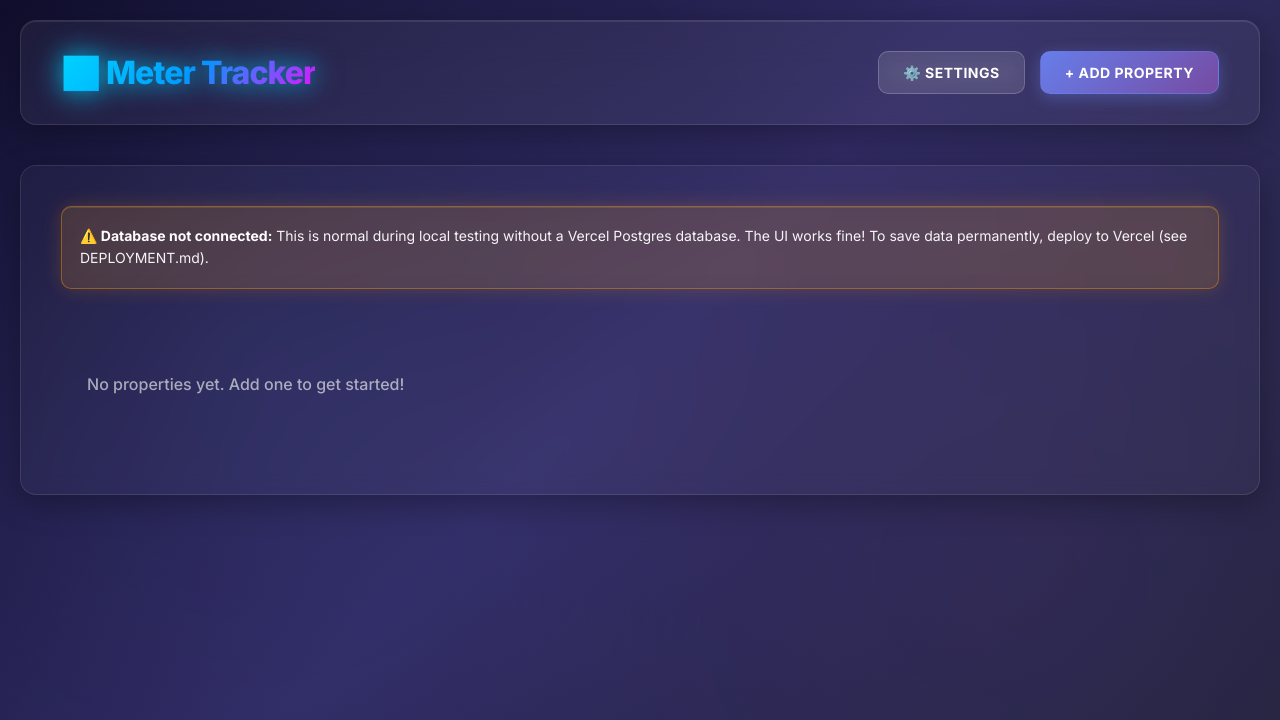
Repository: roshanreddy118/AI-Meter-Management
Page: /
An editor plug-in stored every save of this project. The page is shown before and after the next save, followed by the edit.
The browser window is 1280 px wide. The pictures show the whole page.
The page's requests for data from a server got no answer. The project was rebuilt for these pictures with package versions that can differ from the ones it lists, and the page was loaded fresh each time. The framework's server and built-in components were replaced by stand-ins that run in the browser. No one was signed in, and anything a server would have sent is missing. Also part of the build but not shown: next.config.js.

Above is the page before, as saved 2026-06-10 18:44:19.

### app/layout.js
import './globals.css';

export const metadata = {
  title: 'Meter Tracker',
  description: 'Track meter readings and bills for your rental properties',
};

export default function RootLayout({ children }) {
  return (
    <html lang="en">
      <body>{children}</body>
    </html>
  );
}

### app/globals.css
@import url('https://fonts.googleapis.com/css2?family=Inter:wght@300;400;500;600;700;800&display=swap');

@keyframes glow {
  0%, 100% {
    box-shadow: 0 0 20px rgba(102, 126, 234, 0.5), 0 0 40px rgba(102, 126, 234, 0.3), inset 0 0 20px rgba(255, 255, 255, 0.1);
  }
  50% {
    box-shadow: 0 0 30px rgba(102, 126, 234, 0.8), 0 0 60px rgba(102, 126, 234, 0.5), inset 0 0 20px rgba(255, 255, 255, 0.15);
  }
}

@keyframes float {
  0%, 100% {
    transform: translateY(0px);
  }
  50% {
    transform: translateY(-10px);
  }
}

@keyframes slideIn {
  from {
    opacity: 0;
    transform: translateY(20px);
  }
  to {
    opacity: 1;
    transform: translateY(0);
  }
}

@keyframes fadeIn {
  from {
    opacity: 0;
  }
  to {
    opacity: 1;
  }
}

* {
  margin: 0;
  padding: 0;
  box-sizing: border-box;
}

body {
  font-family: 'Inter', -apple-system, BlinkMacSystemFont, 'Segoe UI', sans-serif;
  -webkit-font-smoothing: antialiased;
  -moz-osx-font-smoothing: grayscale;
  background: linear-gradient(135deg, #0f0c29 0%, #302b63 50%, #24243e 100%);
  min-height: 100vh;
  padding: 20px;
  color: #fff;
  position: relative;
}

body::before {
  content: '';
  position: fixed;
  top: 0;
  left: 0;
  width: 100%;
  height: 100%;
  background:
    radial-gradient(circle at 20% 50%, rgba(102, 126, 234, 0.1) 0%, transparent 50%),
    radial-gradient(circle at 80% 80%, rgba(118, 75, 162, 0.1) 0%, transparent 50%);
  pointer-events: none;
  z-index: 0;
}

.container {
  max-width: 1400px;
  margin: 0 auto;
  position: relative;
  z-index: 1;
}

header {
  display: flex;
  justify-content: space-between;
  align-items: center;
  margin-bottom: 40px;
  background: rgba(255, 255, 255, 0.05);
  backdrop-filter: blur(20px);
  padding: 30px 40px;
  border-radius: 16px;
  border: 1px solid rgba(255, 255, 255, 0.1);
  box-shadow: 0 8px 32px rgba(0, 0, 0, 0.3), inset 0 1px 1px rgba(255, 255, 255, 0.1);
  animation: slideIn 0.6s ease-out;
}

header h1 {
  font-size: 32px;
  font-weight: 800;
  background: linear-gradient(135deg, #00d4ff 0%, #0099ff 50%, #ff00ff 100%);
  -webkit-background-clip: text;
  -webkit-text-fill-color: transparent;
  background-clip: text;
  letter-spacing: -1px;
  text-shadow: 0 0 30px rgba(0, 212, 255, 0.5);
  filter: drop-shadow(0 0 10px rgba(0, 212, 255, 0.4));
}

.header-actions {
  display: flex;
  gap: 15px;
}

main {
  background: rgba(255, 255, 255, 0.03);
  backdrop-filter: blur(10px);
  padding: 40px;
  border-radius: 16px;
  border: 1px solid rgba(255, 255, 255, 0.1);
  box-shadow: 0 8px 32px rgba(0, 0, 0, 0.3);
  animation: slideIn 0.6s ease-out 0.1s both;
}

.properties-grid {
  display: grid;
  grid-template-columns: repeat(auto-fill, minmax(320px, 1fr));
  gap: 25px;
}

.property-card {
  background: linear-gradient(135deg, rgba(102, 126, 234, 0.2) 0%, rgba(118, 75, 162, 0.2) 100%);
  backdrop-filter: blur(20px);
  color: white;
  padding: 28px;
  border-radius: 14px;
  cursor: pointer;
  border: 1px solid rgba(255, 255, 255, 0.15);
  animation: slideIn 0.6s ease-out both, glow 3s ease-in-out infinite;
  transition: all 0.3s cubic-bezier(0.23, 1, 0.320, 1);
  position: relative;
  overflow: hidden;
}

.property-card::before {
  content: '';
  position: absolute;
  top: 0;
  left: -100%;
  width: 100%;
  height: 100%;
  background: linear-gradient(90deg, transparent, rgba(255, 255, 255, 0.1), transparent);
  transition: left 0.5s;
}

.property-card:hover::before {
  left: 100%;
}

.property-card:hover {
  transform: translateY(-8px) scale(1.02);
  box-shadow: 0 20px 40px rgba(102, 126, 234, 0.4), inset 0 1px 0 rgba(255, 255, 255, 0.2);
  border-color: rgba(255, 255, 255, 0.25);
}

.property-card h3 {
  font-size: 22px;
  font-weight: 700;
  margin-bottom: 15px;
  letter-spacing: -0.5px;
}

.property-card p {
  font-size: 14px;
  margin-bottom: 10px;
  opacity: 0.85;
  font-weight: 500;
}

.property-card .status {
  padding: 8px 16px;
  border-radius: 20px;
  font-size: 12px;
  font-weight: 700;
  display: inline-block;
  background: rgba(255, 255, 255, 0.15);
  backdrop-filter: blur(10px);
  border: 1px solid rgba(255, 255, 255, 0.25);
  text-transform: uppercase;
  letter-spacing: 0.5px;
  transition: all 0.3s;
}

.property-card .status:hover {
  background: rgba(255, 255, 255, 0.25);
  box-shadow: 0 0 20px rgba(255, 255, 255, 0.2);
}

.status.paid {
  background: rgba(76, 175, 80, 0.3);
  border-color: rgba(76, 175, 80, 0.5);
  box-shadow: 0 0 15px rgba(76, 175, 80, 0.3);
}

.status.pending {
  background: rgba(255, 152, 0, 0.3);
  border-color: rgba(255, 152, 0, 0.5);
  box-shadow: 0 0 15px rgba(255, 152, 0, 0.3);
}

/* Modal Styles */
.modal {
  display: none;
  position: fixed;
  z-index: 2000;
  left: 0;
  top: 0;
  width: 100%;
  height: 100%;
  background-color: rgba(0, 0, 0, 0.7);
  backdrop-filter: blur(5px);
  animation: fadeIn 0.3s;
}

.modal.show {
  display: flex;
  justify-content: center;
  align-items: center;
}

.modal-content {
  background: rgba(255, 255, 255, 0.08);
  backdrop-filter: blur(20px);
  padding: 40px;
  border-radius: 16px;
  width: 90%;
  max-width: 500px;
  max-height: 90vh;
  overflow-y: auto;
  box-shadow: 0 20px 60px rgba(0, 0, 0, 0.5), inset 0 1px 1px rgba(255, 255, 255, 0.15);
  border: 1px solid rgba(255, 255, 255, 0.15);
  animation: slideIn 0.4s cubic-bezier(0.23, 1, 0.320, 1);
  color: white;
}

.modal-large {
  max-width: 1000px;
  max-height: 85vh;
}

.close {
  color: rgba(255, 255, 255, 0.7);
  float: right;
  font-size: 32px;
  font-weight: 300;
  cursor: pointer;
  line-height: 1;
  transition: all 0.2s;
  margin-top: -10px;
  margin-right: -10px;
  padding: 10px;
}

.close:hover,
.close:focus {
  color: white;
  transform: scale(1.2) rotate(90deg);
}

.modal-content h2 {
  margin-bottom: 25px;
  color: white;
  font-size: 28px;
  font-weight: 700;
  letter-spacing: -1px;
}

.details-header {
  display: flex;
  justify-content: space-between;
  align-items: center;
  margin-bottom: 30px;
  padding-bottom: 20px;
  border-bottom: 1px solid rgba(255, 255, 255, 0.1);
}

.details-header h2 {
  margin-bottom: 0;
}

form {
  display: flex;
  flex-direction: column;
  gap: 18px;
}

form input,
form label {
  padding: 14px 16px;
  border: 1px solid rgba(255, 255, 255, 0.2);
  border-radius: 10px;
  font-size: 15px;
  background: rgba(255, 255, 255, 0.08);
  color: white;
  transition: all 0.3s;
  font-family: 'Inter', sans-serif;
}

form input::placeholder {
  color: rgba(255, 255, 255, 0.6);
}

form input:focus {
  outline: none;
  border-color: rgba(102, 126, 234, 0.8);
  background: rgba(102, 126, 234, 0.15);
  box-shadow: 0 0 20px rgba(102, 126, 234, 0.4), inset 0 0 10px rgba(102, 126, 234, 0.1);
}

form label {
  border: none;
  padding: 0;
  font-weight: 600;
  color: rgba(255, 255, 255, 0.9);
  text-transform: uppercase;
  font-size: 12px;
  letter-spacing: 1px;
}

/* Button Styles */
.btn {
  padding: 12px 24px;
  border: none;
  border-radius: 10px;
  font-size: 14px;
  font-weight: 700;
  cursor: pointer;
  transition: all 0.3s cubic-bezier(0.23, 1, 0.320, 1);
  letter-spacing: 0.5px;
  text-transform: uppercase;
  font-family: 'Inter', sans-serif;
}

.btn-primary {
  background: linear-gradient(135deg, #667eea 0%, #764ba2 100%);
  color: white;
  box-shadow: 0 4px 15px rgba(102, 126, 234, 0.4);
  border: 1px solid rgba(102, 126, 234, 0.5);
}

.btn-primary:hover {
  transform: translateY(-2px);
  box-shadow: 0 8px 30px rgba(102, 126, 234, 0.6), 0 0 20px rgba(102, 126, 234, 0.4);
}

.btn-primary:active {
  transform: translateY(0);
}

.btn-settings {
  background: rgba(255, 255, 255, 0.1);
  color: white;
  border: 1px solid rgba(255, 255, 255, 0.2);
  backdrop-filter: blur(10px);
}

.btn-settings:hover {
  background: rgba(255, 255, 255, 0.15);
  box-shadow: 0 0 20px rgba(255, 255, 255, 0.2);
  transform: translateY(-2px);
}

.btn-danger {
  background: linear-gradient(135deg, #ef5350 0%, #e53935 100%);
  color: white;
  box-shadow: 0 4px 15px rgba(239, 83, 80, 0.4);
  border: 1px solid rgba(239, 83, 80, 0.5);
}

.btn-danger:hover {
  transform: translateY(-2px);
  box-shadow: 0 8px 30px rgba(239, 83, 80, 0.6);
}

.btn-small {
  padding: 8px 16px;
  font-size: 12px;
}

/* Table Styles */
.readings-table {
  width: 100%;
  border-collapse: collapse;
  margin-top: 25px;
  border-spacing: 0;
}

.readings-table thead {
  background: rgba(102, 126, 234, 0.15);
  border-bottom: 2px solid rgba(102, 126, 234, 0.3);
}

.readings-table th,
.readings-table td {
  padding: 16px;
  text-align: left;
  font-size: 14px;
  color: rgba(255, 255, 255, 0.9);
  border-bottom: 1px solid rgba(255, 255, 255, 0.1);
  font-weight: 500;
}

.readings-table th {
  font-weight: 700;
  text-transform: uppercase;
  font-size: 12px;
  letter-spacing: 1px;
  color: rgba(255, 255, 255, 1);
}

.readings-table tbody tr {
  transition: all 0.3s;
}

.readings-table tbody tr:hover {
  background: rgba(102, 126, 234, 0.1);
  border-left: 3px solid rgba(102, 126, 234, 0.6);
}

.readings-table select {
  padding: 6px 10px;
  border-radius: 6px;
  border: 1px solid rgba(255, 255, 255, 0.2);
  background: rgba(102, 126, 234, 0.2);
  color: white;
  cursor: pointer;
  font-weight: 600;
  transition: all 0.2s;
}

.readings-table select:hover {
  border-color: rgba(102, 126, 234, 0.6);
  box-shadow: 0 0 10px rgba(102, 126, 234, 0.3);
}

.readings-table select:focus {
  outline: none;
  border-color: rgba(102, 126, 234, 0.8);
  box-shadow: 0 0 15px rgba(102, 126, 234, 0.4);
}

.text-center {
  text-align: center;
}

.loading {
  text-align: center;
  color: rgba(255, 255, 255, 0.6);
  padding: 60px 20px;
  font-size: 16px;
  font-weight: 500;
}

/* Alert/Warning Box */
.alert-warning {
  background: rgba(255, 152, 0, 0.15);
  border: 1px solid rgba(255, 152, 0, 0.4);
  color: rgba(255, 255, 255, 0.95);
  padding: 18px;
  border-radius: 10px;
  margin-bottom: 25px;
  box-shadow: 0 0 20px rgba(255, 152, 0, 0.2), inset 0 1px 0 rgba(255, 255, 255, 0.1);
  font-size: 14px;
  line-height: 1.6;
  backdrop-filter: blur(10px);
}

.alert-warning strong {
  color: white;
  font-weight: 700;
}

@media (max-width: 768px) {
  header {
    flex-direction: column;
    gap: 20px;
    text-align: center;
    padding: 20px;
  }

  header h1 {
    font-size: 24px;
  }

  .properties-grid {
    grid-template-columns: 1fr;
  }

  .readings-table {
    font-size: 12px;
  }

  .readings-table th,
  .readings-table td {
    padding: 10px;
  }

  .modal-content {
    padding: 25px;
    width: 95%;
  }

  main {
    padding: 20px;
  }
}

/* Scrollbar Styling */
::-webkit-scrollbar {
  width: 10px;
  height: 10px;
}

::-webkit-scrollbar-track {
  background: rgba(255, 255, 255, 0.05);
  border-radius: 10px;
}

::-webkit-scrollbar-thumb {
  background: linear-gradient(180deg, rgba(102, 126, 234, 0.6), rgba(118, 75, 162, 0.6));
  border-radius: 10px;
  transition: all 0.3s;
}

::-webkit-scrollbar-thumb:hover {
  background: linear-gradient(180deg, rgba(102, 126, 234, 1), rgba(118, 75, 162, 1));
  box-shadow: 0 0 10px rgba(102, 126, 234, 0.5);
}

Loaded but not shown: app/page.js (437 lines, source omitted)

After the next save:
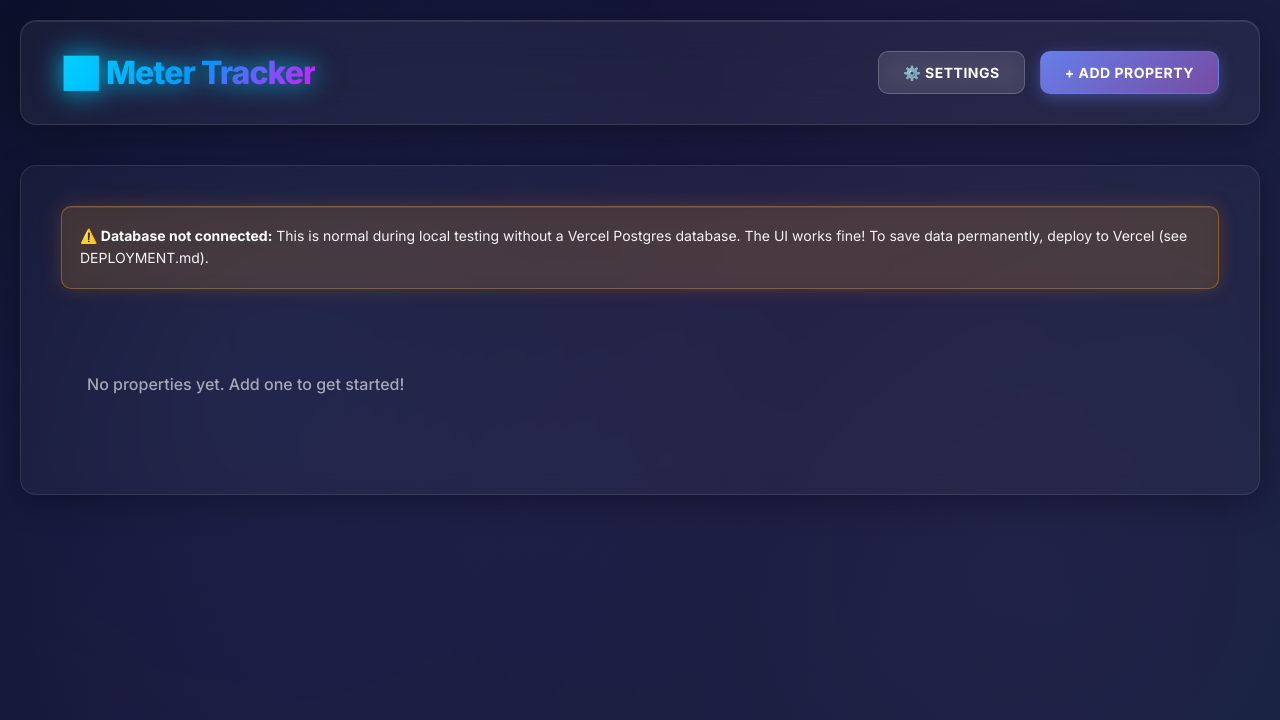
Saved 5 s later.
--- a/app/globals.css
+++ b/app/globals.css
@@ -48,7 +48,7 @@ body {
   font-family: 'Inter', -apple-system, BlinkMacSystemFont, 'Segoe UI', sans-serif;
   -webkit-font-smoothing: antialiased;
   -moz-osx-font-smoothing: grayscale;
-  background: linear-gradient(135deg, #0f0c29 0%, #302b63 50%, #24243e 100%);
+  background: linear-gradient(135deg, #0a0e27 0%, #1a1a3e 50%, #16213e 100%);
   min-height: 100vh;
   padding: 20px;
   color: #fff;
